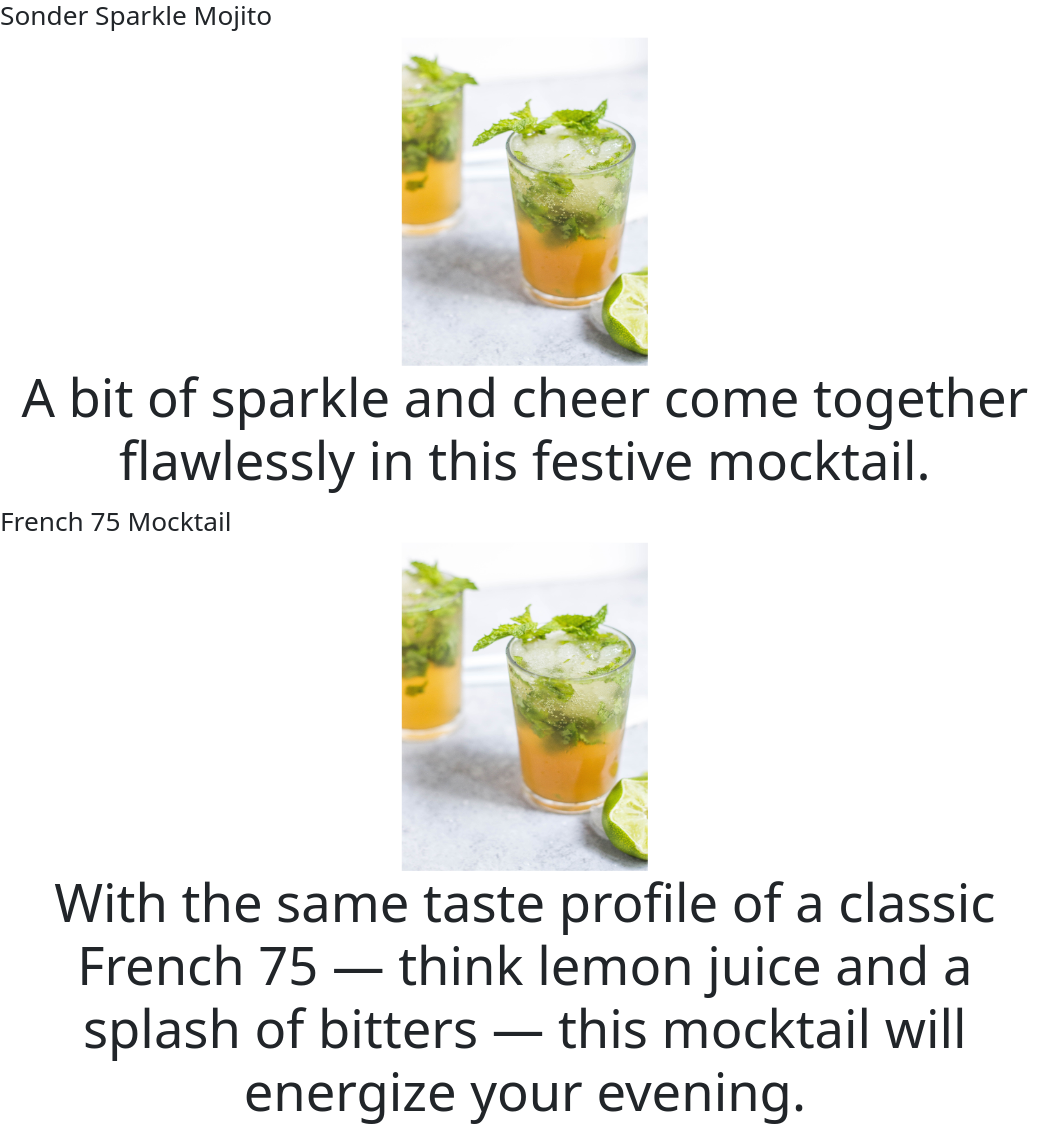
Repository: Flatbook/sliced_bread
Page: http://localhost/
An editor plug-in stored every save of this project. The page is shown before and after the next save, followed by the edit.
The browser window is 1280 px wide. The pictures show the whole page, at 82% of full size.
Some web libraries are served in a nearby version. The page is served by the project's application, run on Flask 3 (app.py).

Above is the page before, as saved 2021-05-15 23:22:20.

After the next save:
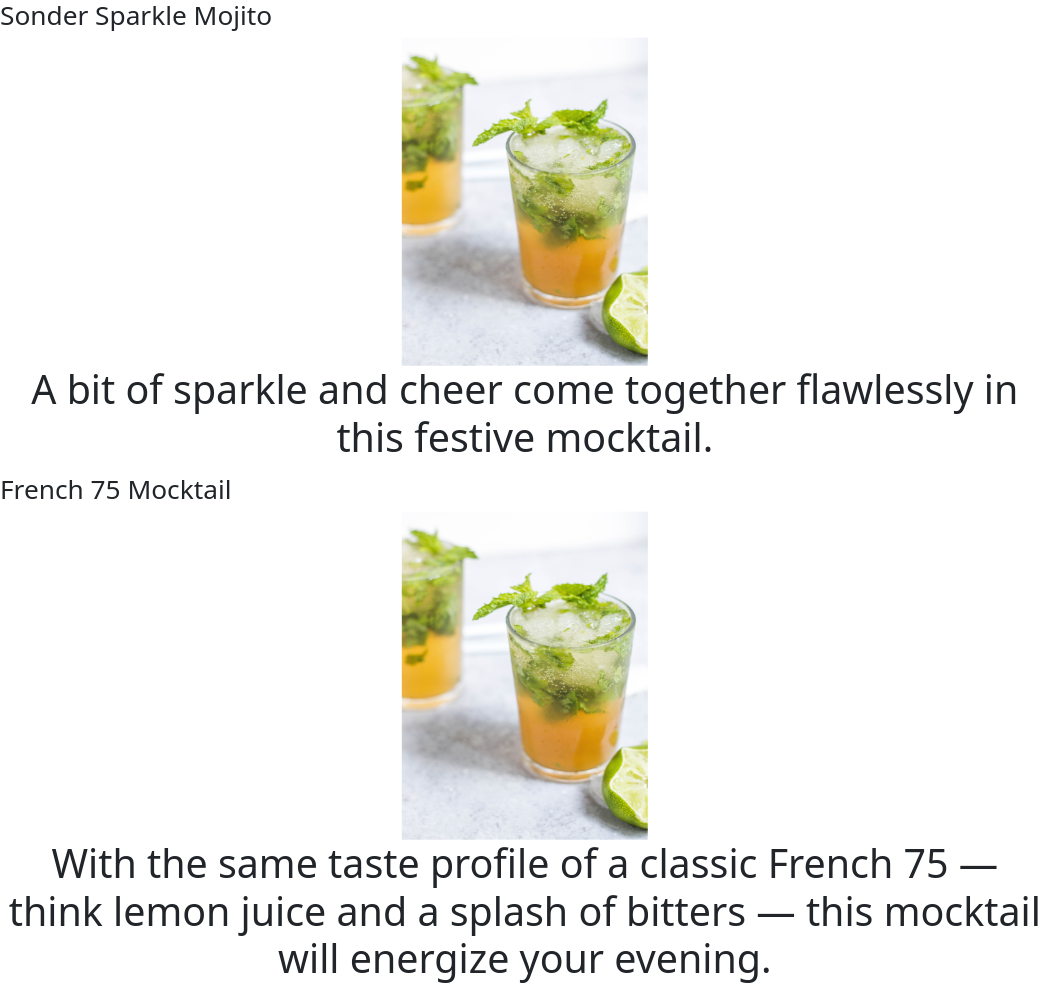
Saved 11 s later.
--- a/flask_project/templates/home.html
+++ b/flask_project/templates/home.html
@@ -4,6 +4,6 @@
         <h2 class=".text-center">{{drink.title}}</h2>
         <img src="{{ user_image }}" width="300" height="400" class="mx-auto d-block"/>
 
-        <p style="text-align: center" class="display-3">{{drink.description}}</p>
+        <p style="text-align: center" class="display-5">{{drink.description}}</p>
     {% endfor %}
 {% endblock %}
